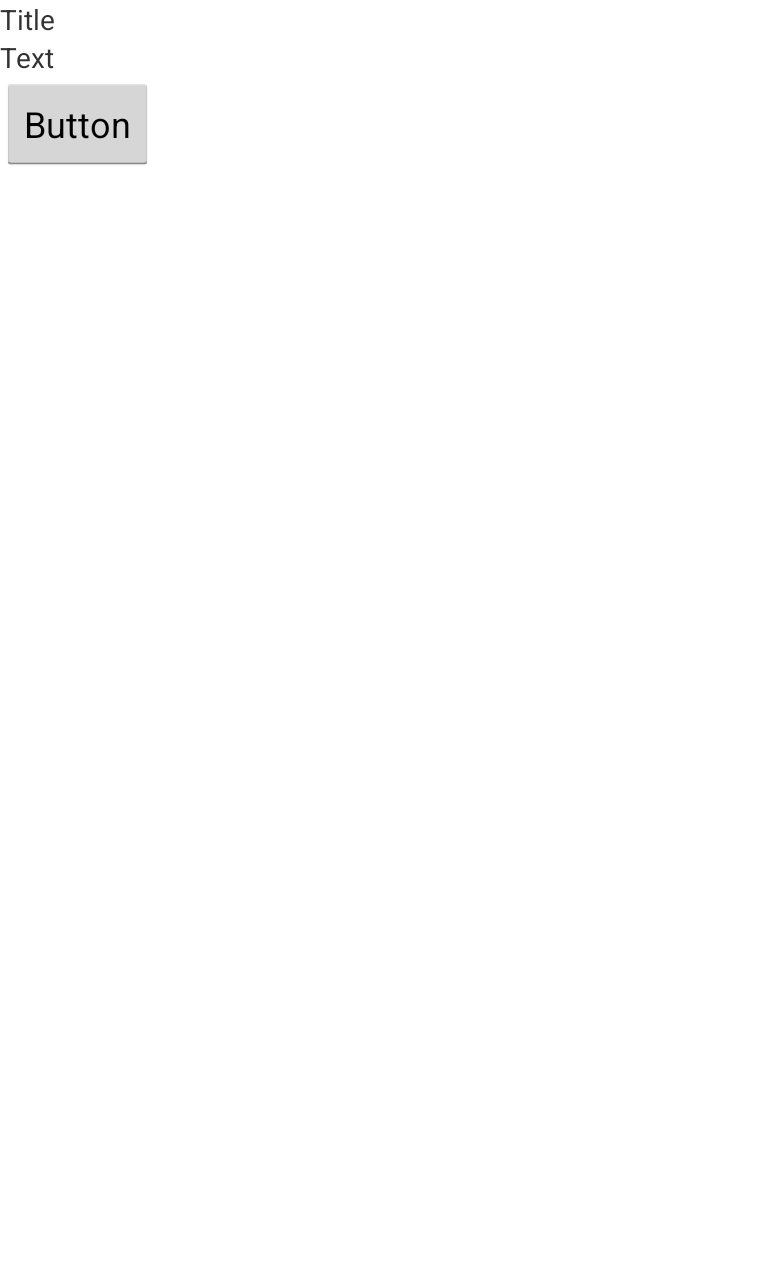
Repository: isitso/android_class
Layout: MyNotes/res/layout/display.xml
The author's editor kept a copy of each file at every save. The layout is drawn from the files as they stood at one save, then again after the next save.
It is drawn on a 768 x 1280 px phone screen (xhdpi) without system bars, with theme AppTheme; the app's code is not run.

Above is the layout before, as saved 2014-05-05 22:59:25.

### MyNotes/res/layout/display.xml
<?xml version="1.0" encoding="utf-8"?>
<LinearLayout xmlns:android="http://schemas.android.com/apk/res/android"
    android:layout_width="match_parent"
    android:layout_height="match_parent"
    android:orientation="vertical" >

    <TextView
        android:id="@+id/titleView"
        android:layout_width="fill_parent"
        android:layout_height="wrap_content"
        android:text="Title" />

    <TextView
        android:id="@+id/textView"
        android:layout_width="fill_parent"
        android:layout_height="wrap_content"
        android:text="Text" />

    <Button
        android:id="@+id/edit"
        android:layout_width="wrap_content"
        android:layout_height="wrap_content"
        android:text="Button" />

</LinearLayout>

Loaded but not shown: MyNotes/res/values/styles.xml (common file); MyNotes/res/values-v11/styles.xml (common file); MyNotes/res/values-v14/styles.xml (common file)

After the next save:
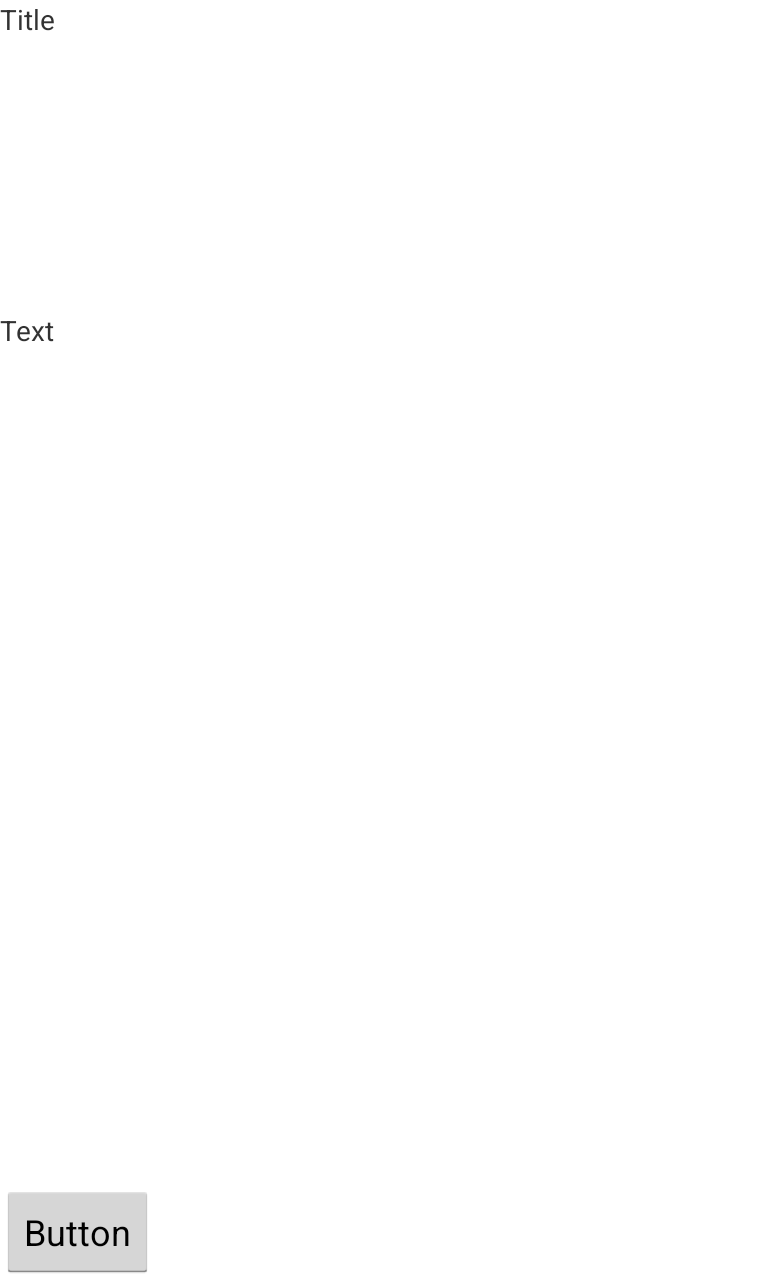
Saved 30 s later.
--- a/MyNotes/res/layout/display.xml
+++ b/MyNotes/res/layout/display.xml
@@ -8,13 +8,15 @@
         android:id="@+id/titleView"
         android:layout_width="fill_parent"
         android:layout_height="wrap_content"
-        android:text="Title" />
+        android:text="Title"
+        android:layout_weight="1" />
 
     <TextView
         android:id="@+id/textView"
         android:layout_width="fill_parent"
-        android:layout_height="wrap_content"
-        android:text="Text" />
+        android:layout_height="300dp"
+        android:text="Text"
+        android:layout_weight="1" />
 
     <Button
         android:id="@+id/edit"
